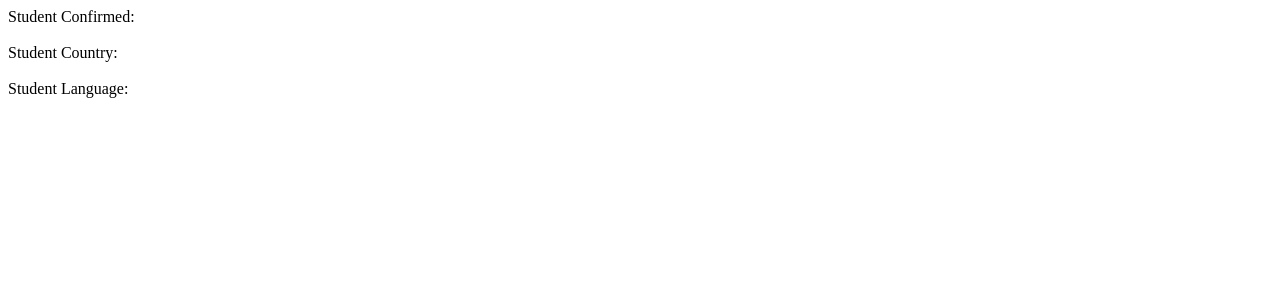
Repository: Gunjan1908/AdvanceJava
Page: http://localhost/SpringMVC/student/processForm
An editor plug-in stored every save of this project. The page is shown before and after the next save, followed by the edit.
The browser window is 1280 px wide. The pictures show the whole page.
The page is served by Tomcat 9.

Above is the page before, as saved 2023-12-02 04:26:48.

### SpringMVC/WebContent/WEB-INF/spring-mvc-demo-servlet.xml
<?xml version="1.0" encoding="UTF-8"?>
<beans xmlns="http://www.springframework.org/schema/beans"
	xmlns:xsi="http://www.w3.org/2001/XMLSchema-instance"
	xmlns:context="http://www.springframework.org/schema/context"
	xmlns:mvc="http://www.springframework.org/schema/mvc"
	xsi:schemaLocation="
		http://www.springframework.org/schema/beans
    	http://www.springframework.org/schema/beans/spring-beans.xsd
    	http://www.springframework.org/schema/context
    	http://www.springframework.org/schema/context/spring-context.xsd
    	http://www.springframework.org/schema/mvc
        http://www.springframework.org/schema/mvc/spring-mvc.xsd">


        <!-- Step3: Add Support for Component Scanning -->
        <context:component-scan base-package="com.app"/>

        <!-- Step4: Add support for conversion, Formatting and Validation -->
        <mvc:annotation-driven/>

        <!-- Step5: Configure MVC View Resolver -->
    <bean class="org.springframework.web.servlet.view.InternalResourceViewResolver">
     <property name="prefix" value="/WEB-INF/views/"></property>
        <property name="suffix" value=".jsp"></property>
        </bean>

        </beans>

### SpringMVC/WebContent/WEB-INF/views/student-confirmation.jsp
<%@ page language="java" contentType="text/html; charset=ISO-8859-1"
    pageEncoding="ISO-8859-1"%>
<!DOCTYPE html>
<html>
<head>
<meta charset="ISO-8859-1">
<title>Insert title here</title>
</head>
<body>
Student Confirmed: ${student.firstName} ${student.lastName}
<br><br>
Student Country: ${student.country}
<br><br>
Student Language: ${student.language}
<br><br>
</body>
</html>

### SpringMVC/src/com/app/controller/HomeController.java
package com.app.controller;

import org.springframework.stereotype.Controller;
import org.springframework.web.bind.annotation.RequestMapping;

@Controller
public class HomeController {

	@RequestMapping("/")
	public String showMyPage()
	{
		return "main-menu";		//WEB-INF/views/main-menu.jsp
	}

}

### SpringMVC/src/com/app/controller/StudentController.java
package com.app.controller;

import org.springframework.stereotype.Controller;
import org.springframework.ui.Model;
import org.springframework.web.bind.annotation.ModelAttribute;
import org.springframework.web.bind.annotation.RequestMapping;

import com.app.model.Student;

@Controller
@RequestMapping("/student")
public class StudentController {

	@RequestMapping("/hello")
	public String showPage(Model model)
	{
		//create a student object
		Student s = new Student();
		//add student to container
		model.addAttribute("student", s);
		return "student-form";
	}

	/*
	 * @RequestMapping("/processForm") public String
	 * processStudentForm(HttpServletRequest request,Model model) { String
	 * studentName = request.getParameter("txtName"); studentName =
	 * studentName.toUpperCase(); String result = "Hey "+studentName+" Welcome!!!";
	 * model.addAttribute("message", result); return "student-confirmation"; }
	 */

	/*
	 * @RequestMapping("/processForm") public String
	 * processStudentForm(@RequestParam("txtName") String studentName,Model model) {
	 * studentName = studentName.toUpperCase(); String result =
	 * "Hey "+studentName+" Welcome to Infoway!!!"; model.addAttribute("message",
	 * result); return "student-confirmation"; }
	 */

	@RequestMapping("/processForm")
	public String processStudentForm(@ModelAttribute("student") Student theStudent)
	{
		System.out.println(theStudent);
		return "student-confirmation";
	}

}

### SpringMVC/src/com/app/model/Student.java
package com.app.model;

import java.util.HashMap;
import java.util.Map;

public class Student {

	private String firstName;
	private String lastName;
	private String country;
	private Map<String, String> countryOptions;
	private String language;
	private String[] operatingSystems;

	public Student() {
		countryOptions = new HashMap<String, String>();
		countryOptions.put("IN", "India");
		countryOptions.put("DE", "Germany");
		countryOptions.put("ES", "Spanish");
		countryOptions.put("FR", "France");
	}

	public String getFirstName() {
		return firstName;
	}

	public void setFirstName(String firstName) {
		this.firstName = firstName;
	}

	public String getLastName() {
		return lastName;
	}

	public void setLastName(String lastName) {
		this.lastName = lastName;
	}

	public String getCountry() {
		return country;
	}

	public void setCountry(String country) {
		this.country = country;
	}

	public Map<String, String> getCountryOptions() {
		return countryOptions;
	}

	public void setCountryOptions(Map<String, String> countryOptions) {
		this.countryOptions = countryOptions;
	}

	public String getLanguage() {
		return language;
	}

	public void setLanguage(String language) {
		this.language = language;
	}

	public String[] getOperatingSystems() {
		return operatingSystems;
	}

	public void setOperatingSystems(String[] operatingSystems) {
		this.operatingSystems = operatingSystems;
	}

	@Override
	public String toString() {
		return "Student [firstName=" + firstName + ", lastName=" + lastName + "]";
	}

}

After the next save:
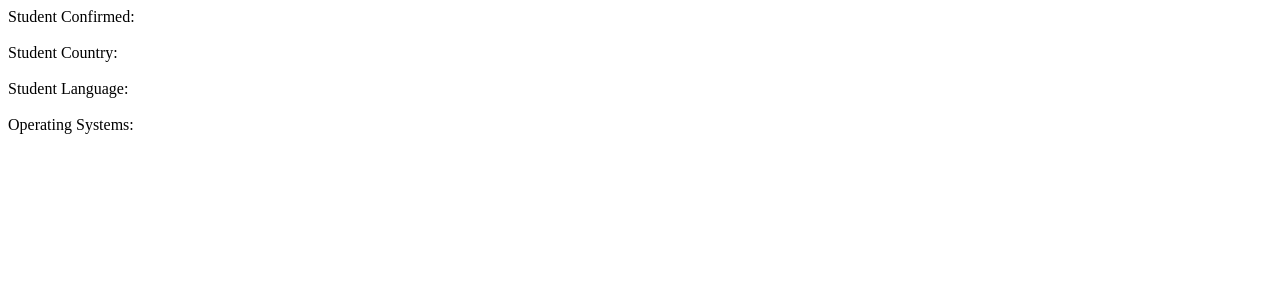
Saved 2 min 38 s later.
--- a/SpringMVC/WebContent/WEB-INF/views/student-confirmation.jsp
+++ b/SpringMVC/WebContent/WEB-INF/views/student-confirmation.jsp
@@ -1,5 +1,6 @@
 <%@ page language="java" contentType="text/html; charset=ISO-8859-1"
     pageEncoding="ISO-8859-1"%>
+  <%@ taglib uri="http://java.sun.com/jsp/jstl/core" prefix="c" %>
 <!DOCTYPE html>
 <html>
 <head>
@@ -13,5 +14,11 @@ Student Country: ${student.country}
 <br><br>
 Student Language: ${student.language}
 <br><br>
+Operating Systems:
+<c:forEach var="temp" items="${student.operatingSystems}">
+<ul>
+${temp }
+</ul>
+</c:forEach>
 </body>
 </html>
